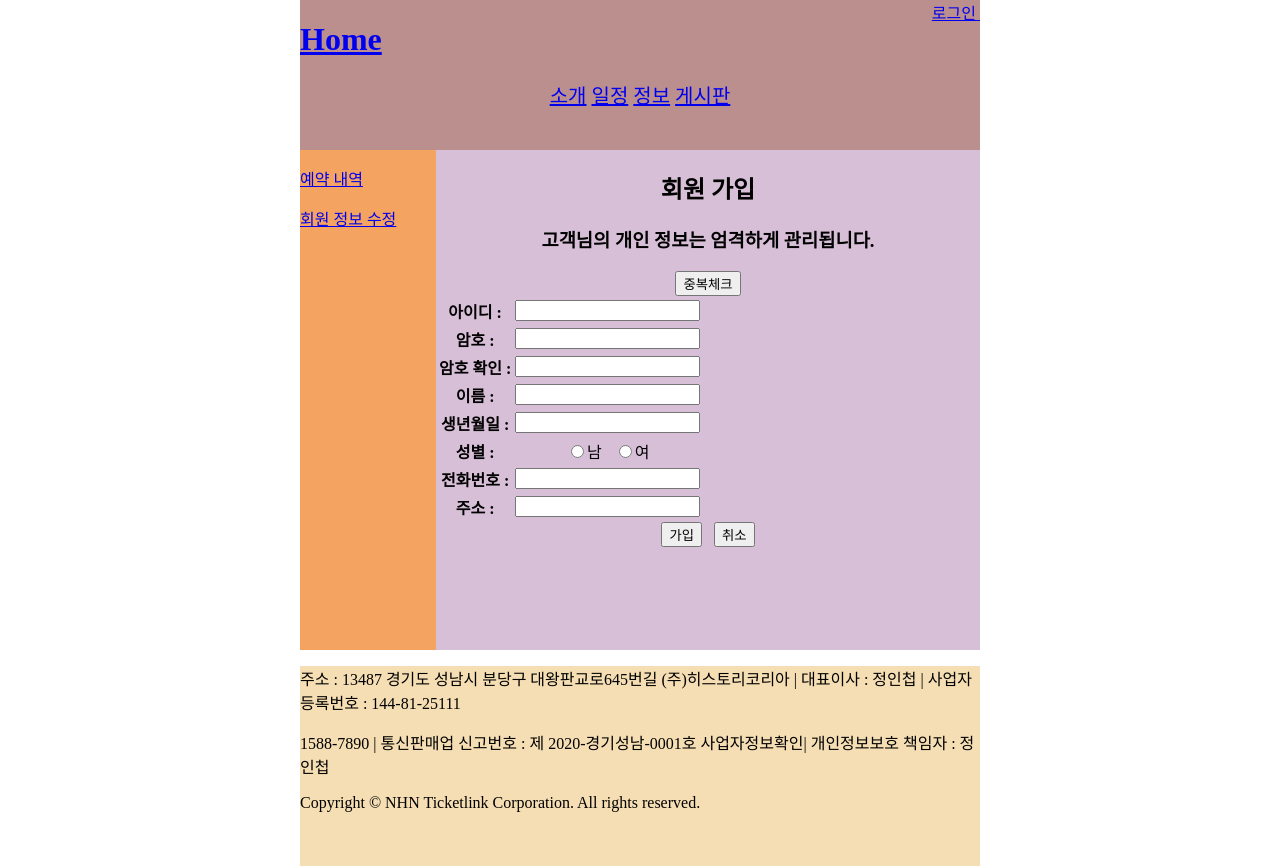
Repository: dlscjq34/JSP_historyTour
Page: http://localhost/HistoryTour/WEB-INF/views/member/joinMember.jsp
The author's editor kept a copy of each file at every save. The page is drawn from the files as they stood at one save, then again after the next save.
The browser window is 1280 px wide. The pictures show the whole page.
The page is served by Tomcat 9. Nobody is signed in. The template is opened directly, without the code that normally fills it, so the values that code supplies are empty.

Above is the page before, as saved 2020-12-21 03:33:31.

After the next save:
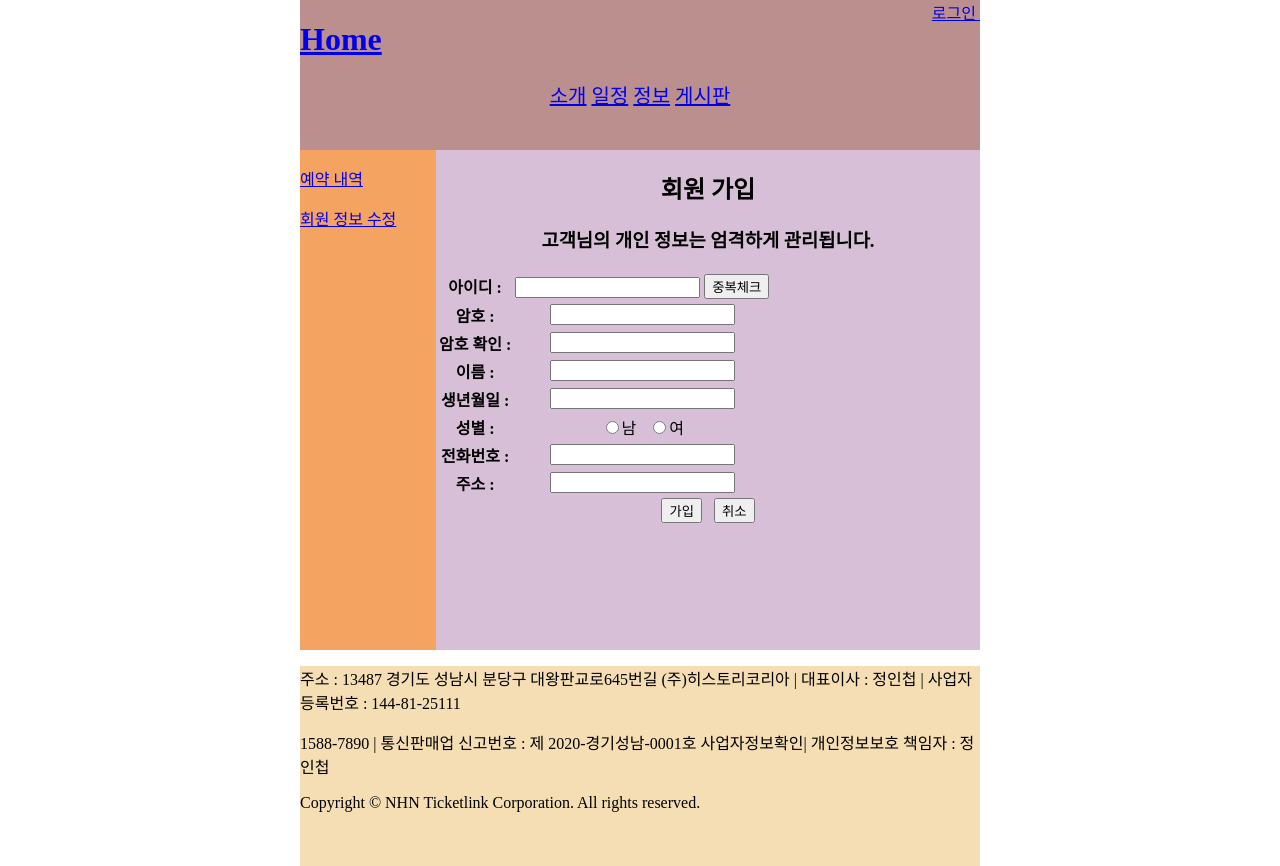
Saved 18 s later.
--- a/HistoryTour/WebContent/WEB-INF/views/member/joinMember.jsp
+++ b/HistoryTour/WebContent/WEB-INF/views/member/joinMember.jsp
@@ -26,8 +26,8 @@
                     <table>
 	               		<tr>
 	               			<th>아이디 :
-	               			<td><input type="text" name="id" id="id" /></td>
-	               				<input type="button" onclick="dupCheck()" value="중복체크"></td>
+	               			<td><input type="text" name="id" id="id" />
+	               				<input type="button" onclick="dupCheck()" value="중복체크">
 	               		</tr>
 	               		<tr>
 	               			<th>암호 :
